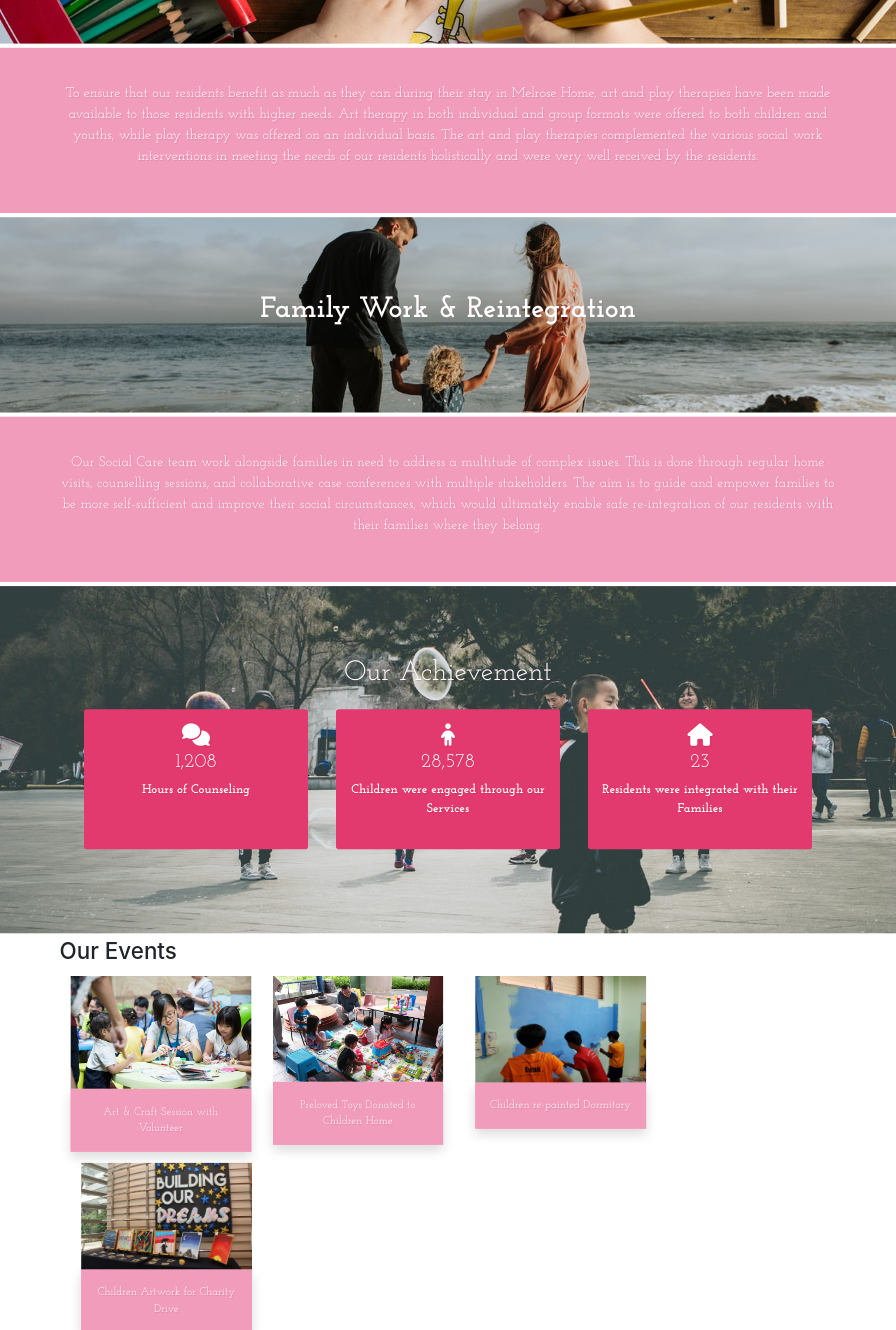
Repository: Code-Institute-Submissions/Jasonngyt-Project1
Page: services.html
The author's editor kept a record of every edit. The page is drawn from the files as they stood at one moment, then again after the next edit.
The browser window is 1280 px wide. The pictures show the part of the page from y = 885 to 2785 px (the page is 3119 px tall), at 70% of full size.
A picture or video elsewhere on the page could not be fetched, so the positions and the page height are approximate. Backgrounds fixed to the window are drawn as part of the page. Some web fonts or font styles are not loaded; a fallback is used. Some web libraries are served in a nearby version.

Above is the page before.

After the next edit:
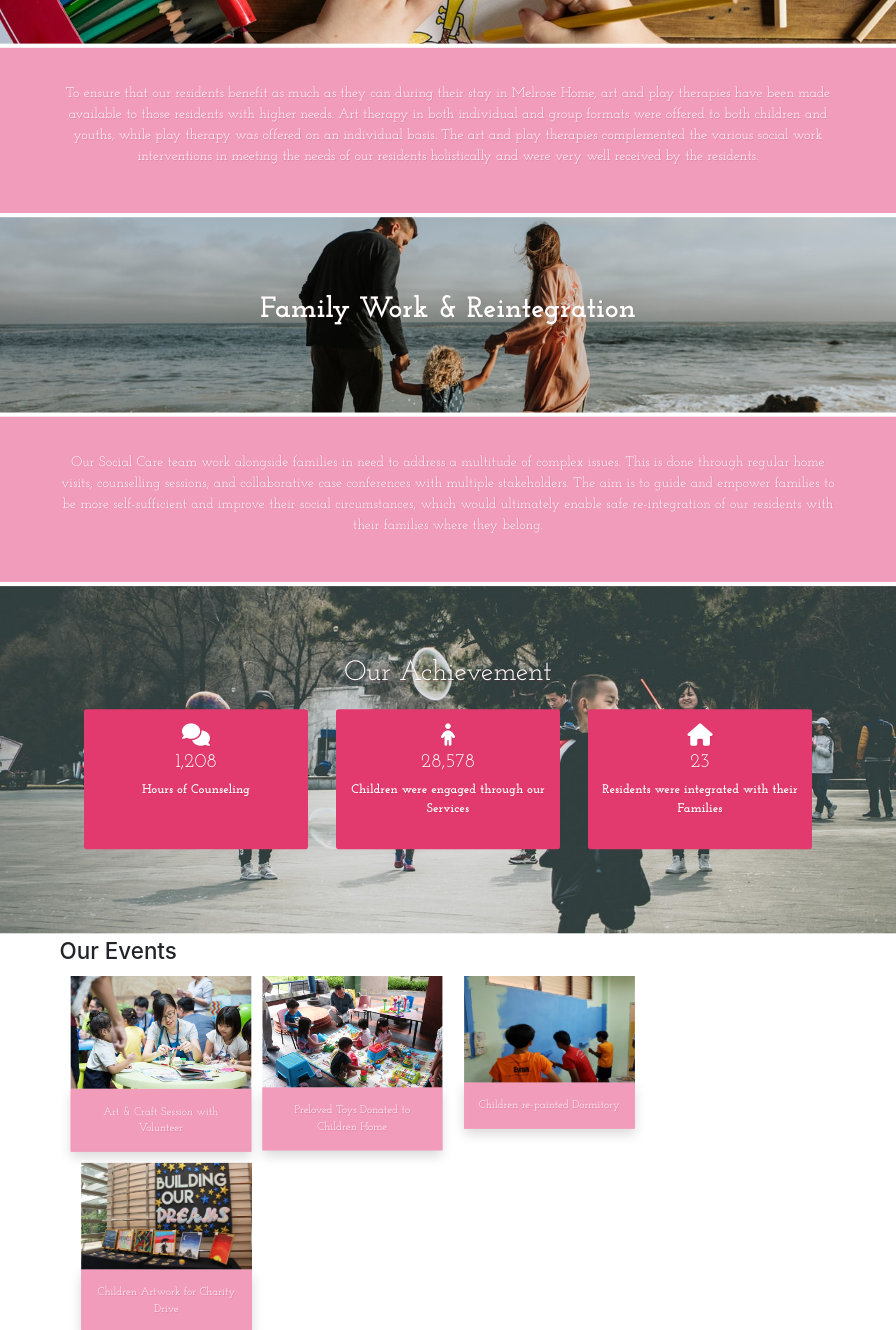
The edit:
--- a/services.html
+++ b/services.html
@@ -106,7 +106,7 @@
             <div class="col-sm-5 col-md-3 card-img-top p-2"><img src ="image/event1_photo.jpg" class ="w-100">
                 <div class="card-body text-center shadow event_style">Art & Craft Session with Volunteer</div>
             </div>
-            <div class="col-sm-5 col-md-3 card-img-top m-2"><img src ="image/event2_photo.png" class ="w-100">
+            <div class="col-sm-5 col-md-3 card-img-top p-2"><img src ="image/event2_photo.png" class ="w-100">
                 <div class="card-body text-center shadow event_style">Preloved Toys Donated to  Children Home</div>
             </div>
             <div class="col-sm-5 col-md-3 card-img-top m-2"><img src ="image/event3_photo.jpg" class ="w-100" style="height:152px;">
